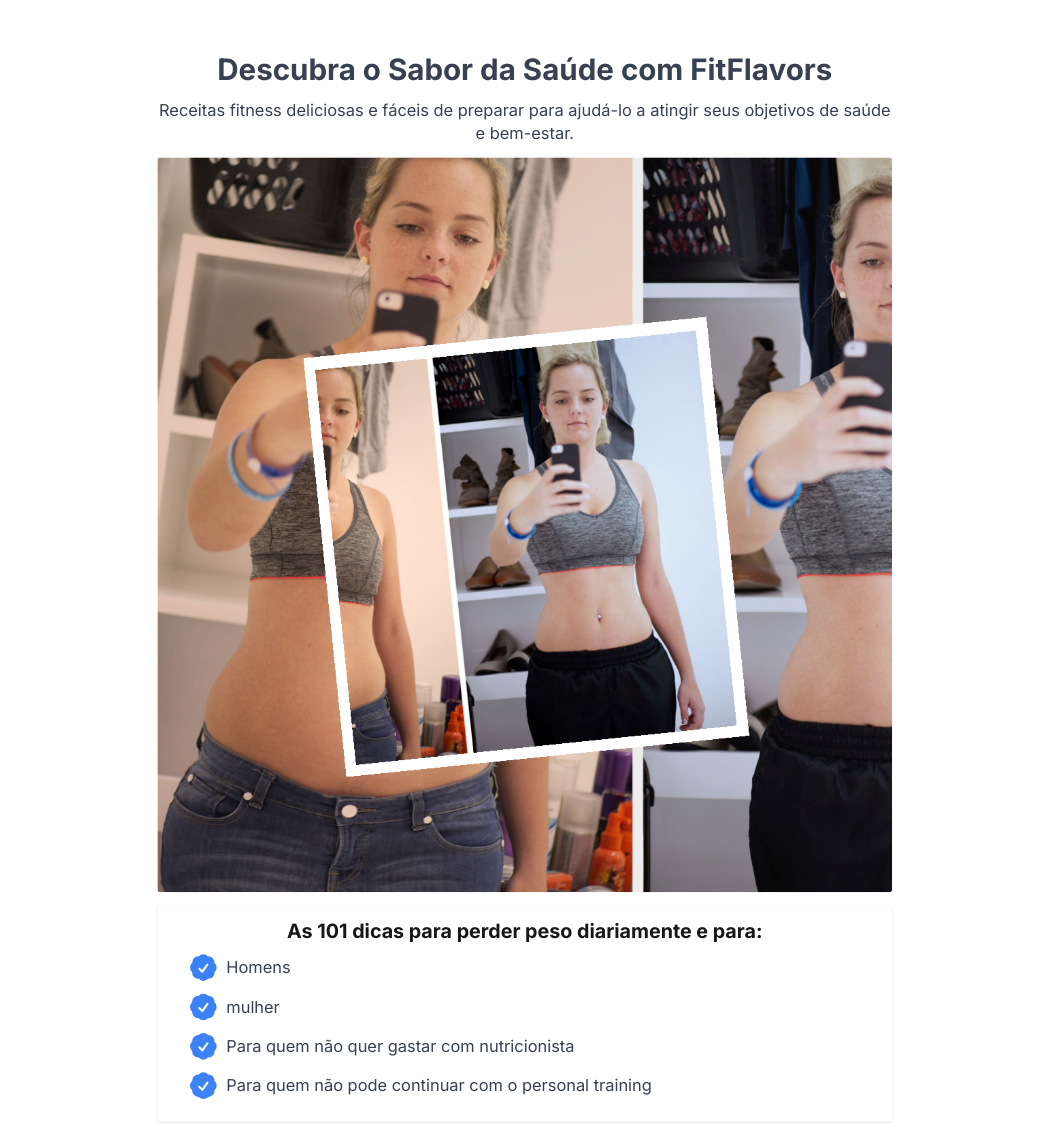
Repository: apreczewski/produtosdigitais
Page: /
These files come from the project's save history. The page is drawn as it stood at one moment and after the next save; the edit follows.
The browser window is 1280 px wide. The pictures show the part of the page from y = 0 to 1384 px (the page is 3668 px tall), at 82% of full size.
Pictures or frames that could not be fetched are drawn as grey boxes. The project was rebuilt for these pictures with package versions that can differ from the ones it lists, and the page was loaded fresh each time. The framework's server and built-in components were replaced by stand-ins that run in the browser. Also part of the build but not shown: next.config.js, webpack.config.js.

Above is the page before, as saved 2023-07-27 18:33:58.

After the next save:
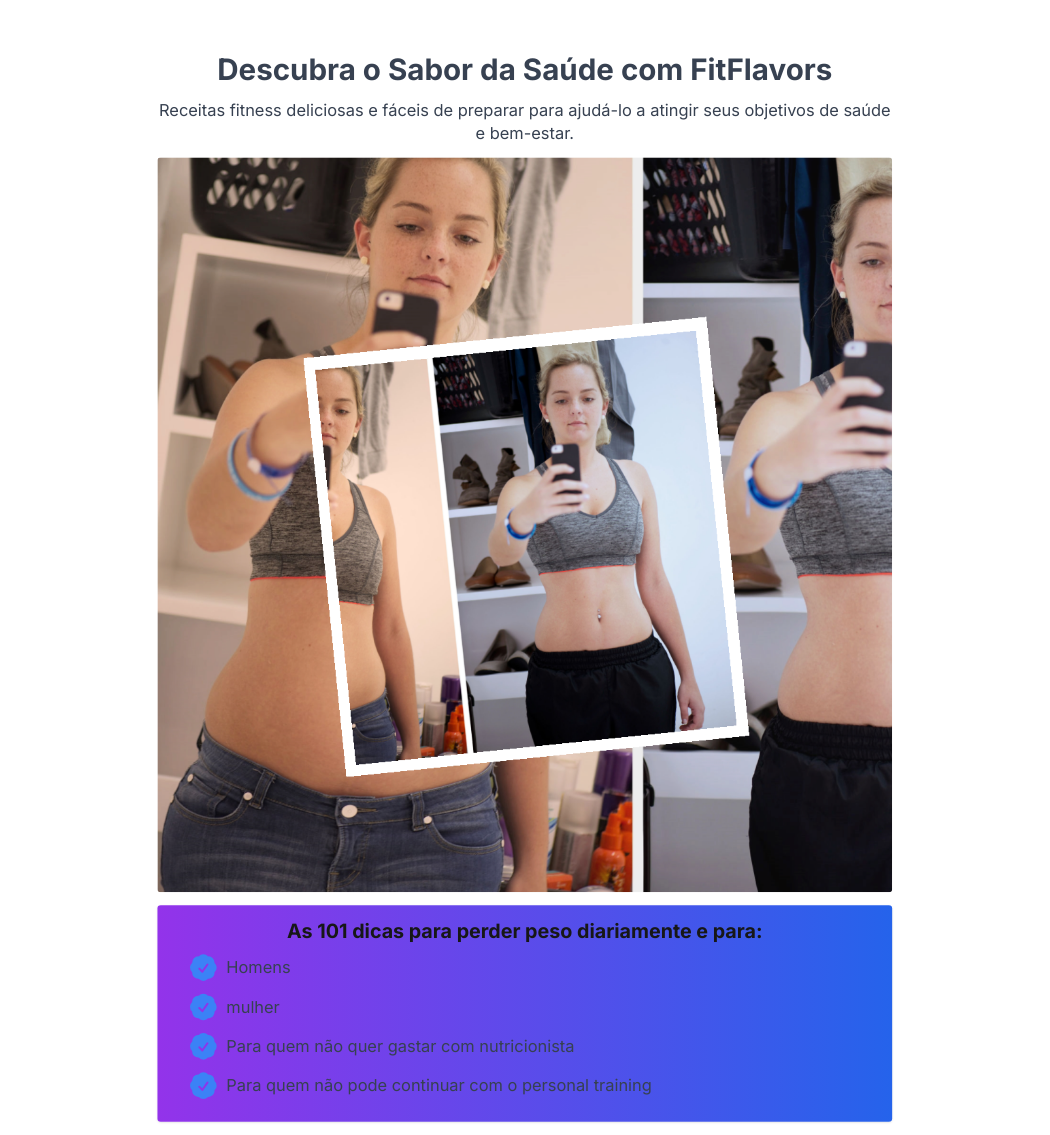
Saved 2 min 25 s later.
--- a/src/app/receitasfitness/Section03/index.tsx
+++ b/src/app/receitasfitness/Section03/index.tsx
@@ -28,7 +28,7 @@
   ]
 
   return (
-    <div className="p-4 bg-white shadow rounded w-full">
+    <div className="p-4 bg-gradient-to-r from-purple-600 to-blue-600 shadow rounded w-full">
       <h2 className="text-2xl text-neutral-900 font-bold mb-2">
         As 101 dicas para perder peso diariamente e para:
       </h2>

After the save that followed:
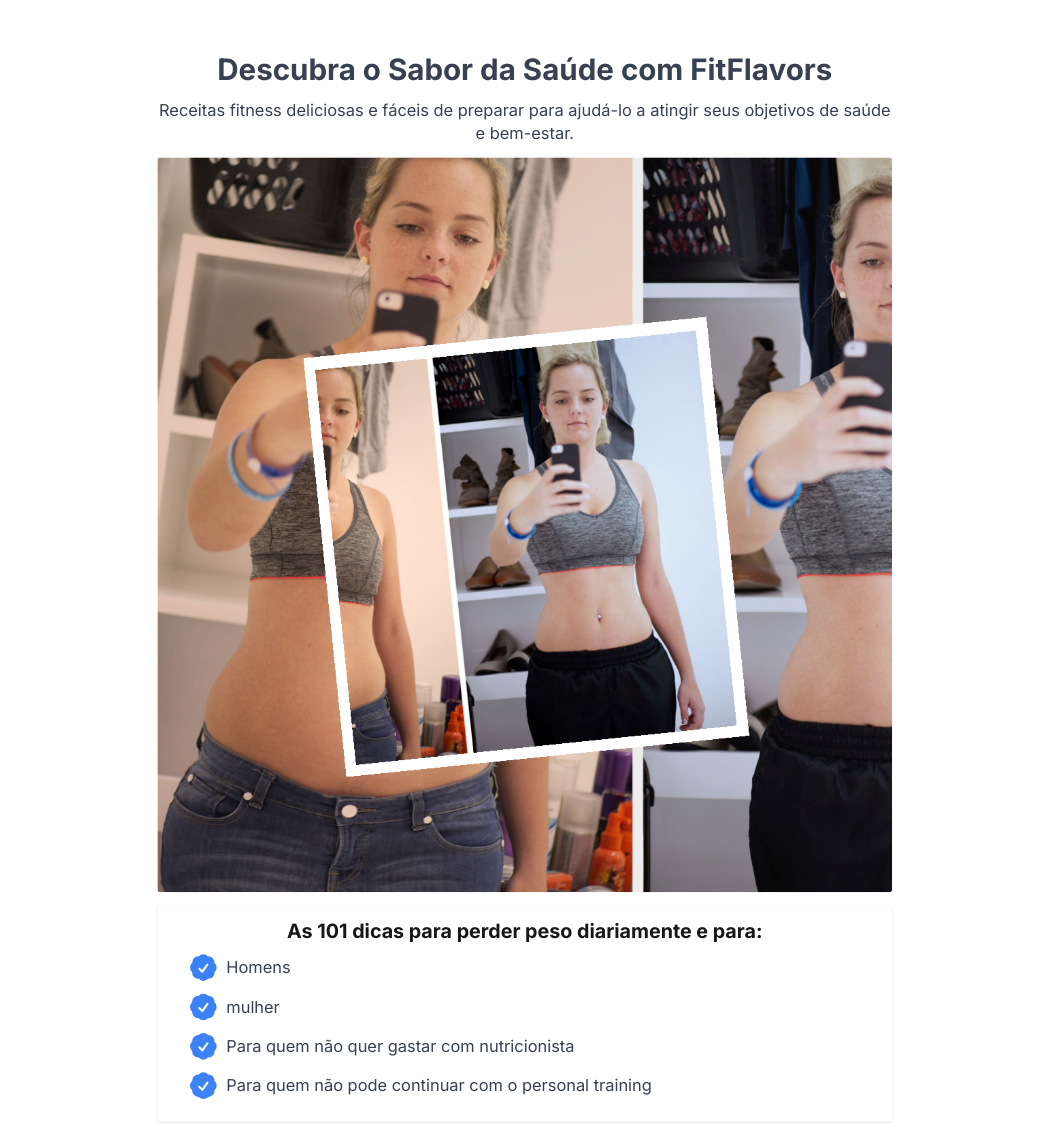
Saved 30 s later.
--- a/src/app/receitasfitness/Section03/index.tsx
+++ b/src/app/receitasfitness/Section03/index.tsx
@@ -28,7 +28,7 @@
   ]
 
   return (
-    <div className="p-4 bg-gradient-to-r from-purple-600 to-blue-600 shadow rounded w-full">
+    <div className="p-4 bg-white shadow rounded w-full">
       <h2 className="text-2xl text-neutral-900 font-bold mb-2">
         As 101 dicas para perder peso diariamente e para:
       </h2>
